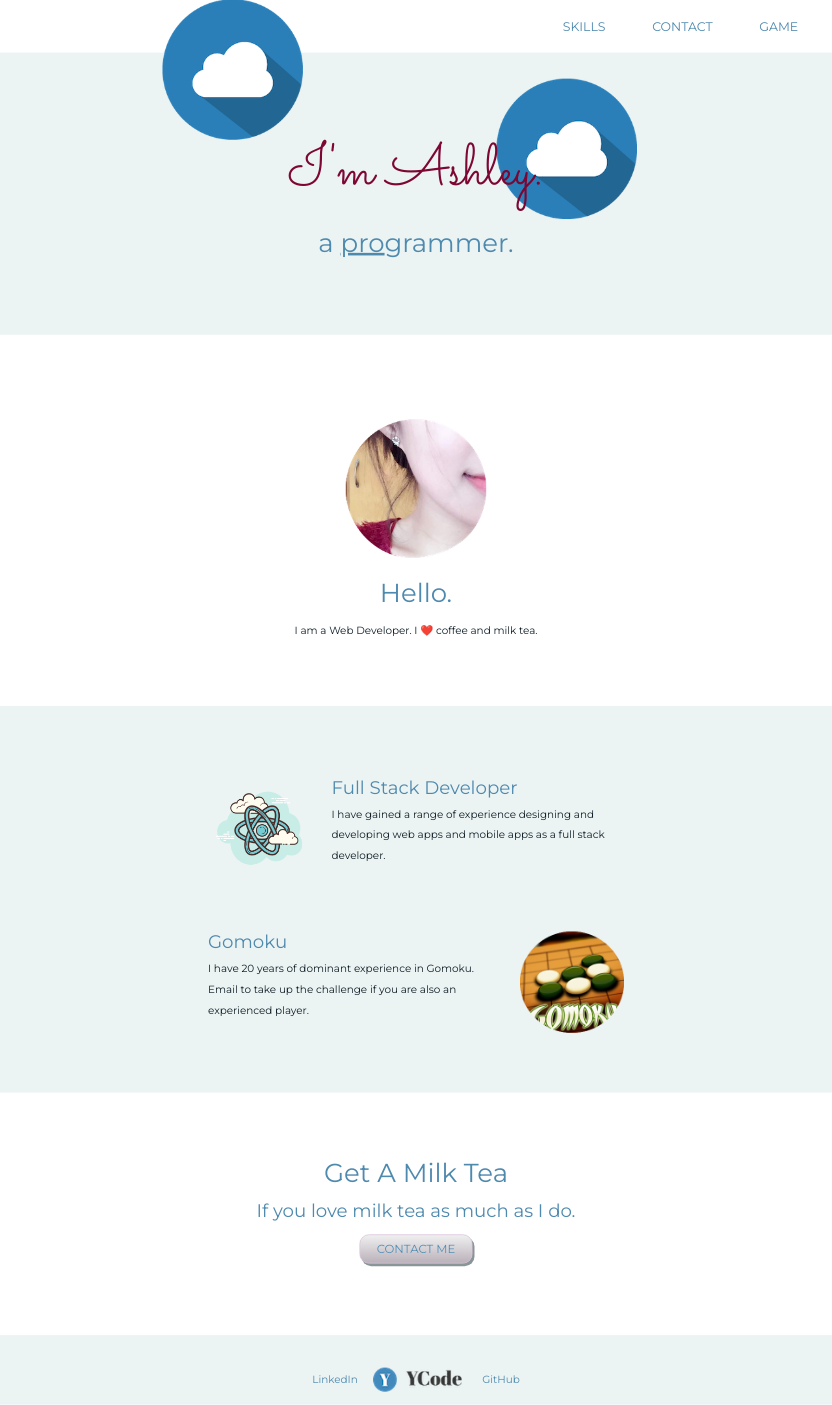
Repository: nosugarpls/YCode-my-website
Page: index.html
The author's editor kept a copy of each file at every save. The page is drawn from the files as they stood at one save, then again after the next save.
The browser window is 1280 px wide. The pictures show the whole page, at 65% of full size.

Above is the page before, as saved 2020-09-25 10:37:36.

### index.html
<!DOCTYPE html>
<html>
<head>
  <meta charset="utf-8">
  <title>Ashley(Yu) Shi</title>


  <!-- CSS Stylesheets -->
  <link rel="stylesheet" href="https://stackpath.bootstrapcdn.com/bootstrap/4.5.2/css/bootstrap.min.css" integrity="sha384-JcKb8q3iqJ61gNV9KGb8thSsNjpSL0n8PARn9HuZOnIxN0hoP+VmmDGMN5t9UJ0Z" crossorigin="anonymous">
  <link rel="stylesheet" href="css/styles.css">
  <link href="https://fonts.googleapis.com/css?family=Merriweather|Montserrat|Sacramento" rel="stylesheet">
  <link rel="icon" href="images/YLogo.png">


  <!-- Bootstrap Scripts -->
  <script src="https://code.jquery.com/jquery-3.5.1.slim.min.js" integrity="sha384-DfXdz2htPH0lsSSs5nCTpuj/zy4C+OGpamoFVy38MVBnE+IbbVYUew+OrCXaRkfj" crossorigin="anonymous"></script>
  <script src="https://cdn.jsdelivr.net/npm/popper.js@1.16.1/dist/umd/popper.min.js" integrity="sha384-9/reFTGAW83EW2RDu2S0VKaIzap3H66lZH81PoYlFhbGU+6BZp6G7niu735Sk7lN" crossorigin="anonymous"></script>
  <script src="https://stackpath.bootstrapcdn.com/bootstrap/4.5.2/js/bootstrap.min.js" integrity="sha384-B4gt1jrGC7Jh4AgTPSdUtOBvfO8shuf57BaghqFfPlYxofvL8/KUEfYiJOMMV+rV" crossorigin="anonymous"></script>
</head>

<body>

  <!-- Nav Bar -->
  <nav class="navbar navbar-expand-lg navbar-light">
    <button class="navbar-toggler" type="button" data-toggle="collapse" data-target="#navbarToggler">
        <span class="navbar-toggler-icon"></span>
    </button>

    <div class="collapse navbar-collapse" id="navbarToggler">
      <ul class="navbar-nav ml-auto">
        <li class="nav-item">
          <a class="nav-link" href="#skills">SKILLS</a>
        </li>
        <li class="nav-item">
          <a class="nav-link" href="#contact">CONTACT</a>
        </li>
        <li class="nav-item">
          <a class="nav-link" href="piano.html">GAME</a>
        </li>
      </ul>
    </div>
  </nav>

  <div class="top-container">
    <img class="top-cloud" src="images/cloud.png" alt="cloud">
    <div class="title-text">
      <h1 class="big-title">I'm Ashley.</h1>
      <h2>a <span class="pro">pro</span>grammer.</h2>
    </div>
    <img class="bottom-cloud" src="images/cloud.png" alt="cloud">
  </div>

  <div class="middle-container">
    <div class="profile">
      <img class="avatar" src="images/ashely.png" alt="ashley-profile-img">
      <h2>Hello.</h2>
      <p class="intro">I am a Web Developer. I ❤️ coffee and milk tea.</p>
    </div>

    <div class="skills" id="skills">
      <div class="skill-row">
        <img class="react-img" src="images/react.png" alt="react-img">
        <h3>Full Stack Developer</h3>
        <p>I have gained a range of experience designing and developing web apps and mobile apps as a full stack developer.</p>
      </div>
      <div class="skill-row">
        <img class="game-img" src="images/game.png" alt="game-img">
        <h3>Gomoku</h3>
        <p>I have 20 years of dominant experience in Gomoku. Email to take up the challenge if you are also an experienced player.</p>
      </div>
    </div>

    <div class="contact-me" id="contact">
      <h2>Get A Milk Tea</h2>
      <h3>If you love milk tea as much as I do.</h3>
      <a class="btn" href="mailto:coloraworld@gmail.com">CONTACT ME</a>
    </div>
  </div>


  <div class="bottom-container">
    <a href="https://www.linkedin.com/in/yu-ashley-shi-328239197/">LinkedIn</a>
    <img src="images/logo.png" alt="img">
    <a href="https://github.com/nosugarpls">GitHub</a>

  </div>
</body>
</html>

### css/styles.css
body {
  color: #40514E;
  margin: 0;
  text-align: center;
  font-family: 'Merriweather', serif;
}

h1 {
  color: #7d0633;
  font-size: 5.625rem;
  margin: 50px auto 0 auto;
  font-family: 'Sacramento', cursive;
  z-index: 1;
  position: relative;
}

h2 {
  color: #4e89ae;
  font-family: 'Montserrat', sans-serif;
  font-size: 2.5rem;
  font-weight: normal;
  padding-bottom: 10px;
}

h3 {
  color: #4e89ae;
  font-family: 'Montserrat', sans-serif;
}

p {
  line-height: 2;
  color: #0f1e27;
  font-family: 'Montserrat', sans-serif;
}

a {
  color: #4e89ae;
  font-family: 'Montserrat', sans-serif;
  margin: 10px 20px;
  text-decoration: none;
}

.big-title {
  margin-top: 30px;
  margin-bottom: 30px;
}

.avatar {
  margin-top: 30px;
  margin-bottom: 30px;
}

.skills {
  background-color: #ecf4f3;
  margin-top: 100px;
  margin-bottom: 100px;
  padding-top: 10px;
  padding-bottom: 10px;
}


.top-container {
  background-color: #ecf4f3;
  position: relative;
  padding-top: 100px;
  padding-bottom: 100px;
}


.middle-container {
  margin-top: 100px;
  margin-bottom: 100px;
}

.bottom-container {
  background-color: #ecf4f3;
  padding: 50px 0 20px;
}

.skill-row {
  width: 50%;
  margin: 100px auto 100px auto;
  text-align: left;
}

.pro {
  text-decoration: underline;
}

.intro {
  width: 30%;
  margin: auto;
  color: #0f1e27;
  font-family: 'Montserrat', sans-serif;
}

.contact-message {
  width: 40%;
  margin: 40px auto 60px;
}

.top-cloud {
  position: absolute;
  right: 300px;
  top: 40px;
}

.bottom-cloud {
  position: absolute;
  left: 250px;
  bottom: 300px;
}

.react-img {
  width: 25%;
  float: left;
  margin-right: 30px;
}

.game-img {
  width: 25%;
  float: right;
  margin-left: 30px;
}

.btn {
	box-shadow: 3px 4px 0px 0px #899599;
	background:linear-gradient(to bottom, #ededed 5%, #bab1ba 100%);
	background-color:#ededed;
	border-radius:15px;
	border:1px solid #d6bcd6;
	display:inline-block;
	cursor:pointer;
	color:#4e89ae;
  font-family: 'Montserrat', sans-serif;
	font-size:18px;
	padding:8px 25px;
	text-decoration:none;
	text-shadow:0px 1px 0px #e1e2ed;
}

.btn:hover {
	background:linear-gradient(to bottom, #bab1ba 5%, #ededed 100%);
	background-color:#bab1ba;
}

.btn:active {
	position:relative;
	top:1px;
}

/* Navigation Bar */

.nav-item {
  padding: 0 8px;
}

.nav-link {
  font-size: 1.2rem;
  font-family: 'Montserrat', sans-serif;
  color: #4e89ae !important;
  z-index: 2;
  position:relative;
}

After the next save:
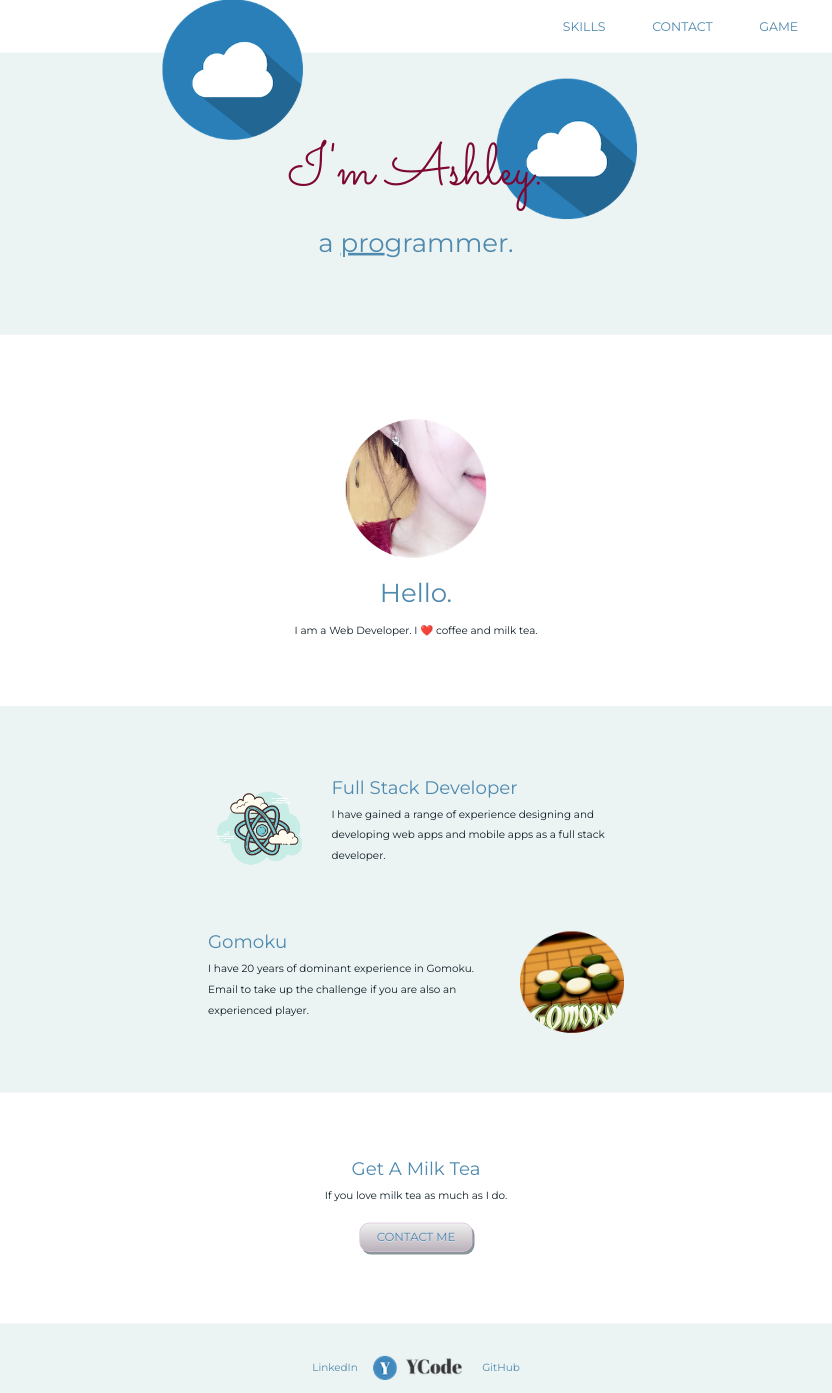
Saved 22 s later.
--- a/index.html
+++ b/index.html
@@ -71,8 +71,8 @@
     </div>
 
     <div class="contact-me" id="contact">
-      <h2>Get A Milk Tea</h2>
-      <h3>If you love milk tea as much as I do.</h3>
+      <h3>Get A Milk Tea</h3>
+      <p>If you love milk tea as much as I do.</p>
       <a class="btn" href="mailto:coloraworld@gmail.com">CONTACT ME</a>
     </div>
   </div>
